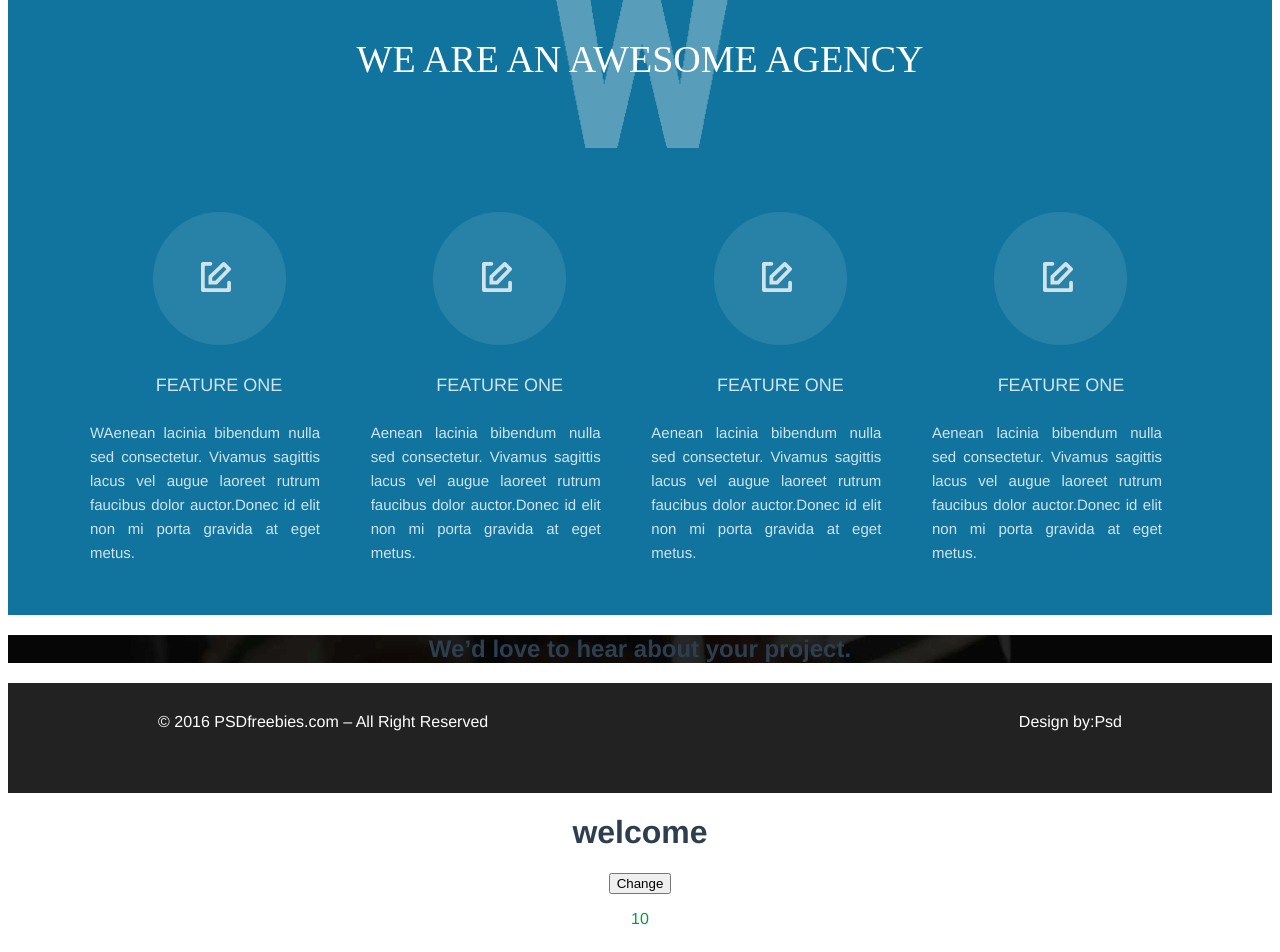
Repository: joker506/Creatives
Page: /
The author's editor kept a copy of each file at every save. The page is drawn from the files as they stood at one save, then again after the next save.
The browser window is 1280 px wide. The pictures show the part of the page from y = 962 to 1914 px (the page is 1914 px tall).
The project was rebuilt for these pictures with package versions that can differ from the ones it lists, and the page was loaded fresh each time.

Above is the page before, as saved 2020-04-11 20:14:31.

After the next save:
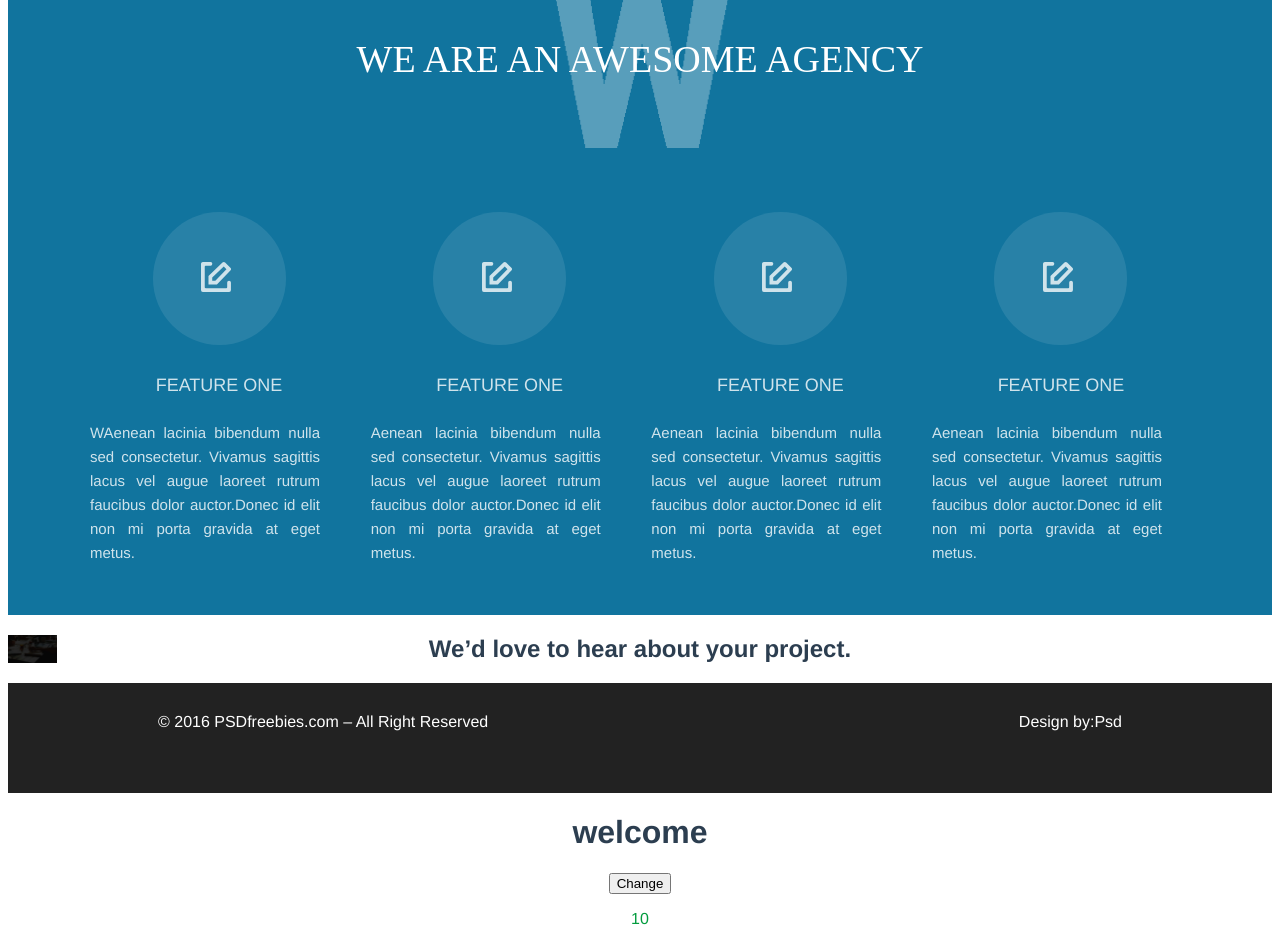
Saved 42 s later.
--- a/src/components/FormApp.vue
+++ b/src/components/FormApp.vue
@@ -16,6 +16,8 @@ name:'FormApp',
 <style>
 .form{
     background-image: url("~@/assets/form-logo.png");
+    background-repeat: no-repeat;
+    background-size: contain;
 }
 
 </style>
